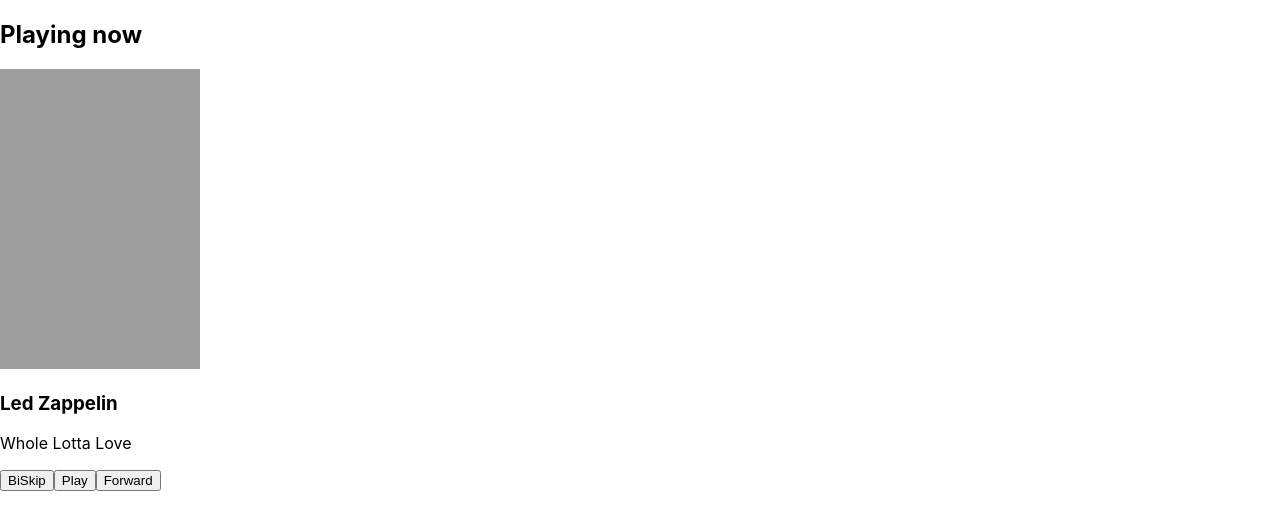
Repository: Sxcram02/playlist
Page: /
These files come from the project's save history. The page is drawn as it stood at one moment and after the next save; the edit follows.
The browser window is 1280 px wide. The pictures show the whole page.
Pictures or frames that could not be fetched are drawn as grey boxes. The project was rebuilt for these pictures with package versions that can differ from the ones it lists, and the page was loaded fresh each time. Also part of the build but not shown: src/App.css.

Above is the page before, as saved 2023-02-22 17:12:20.

After the next save:
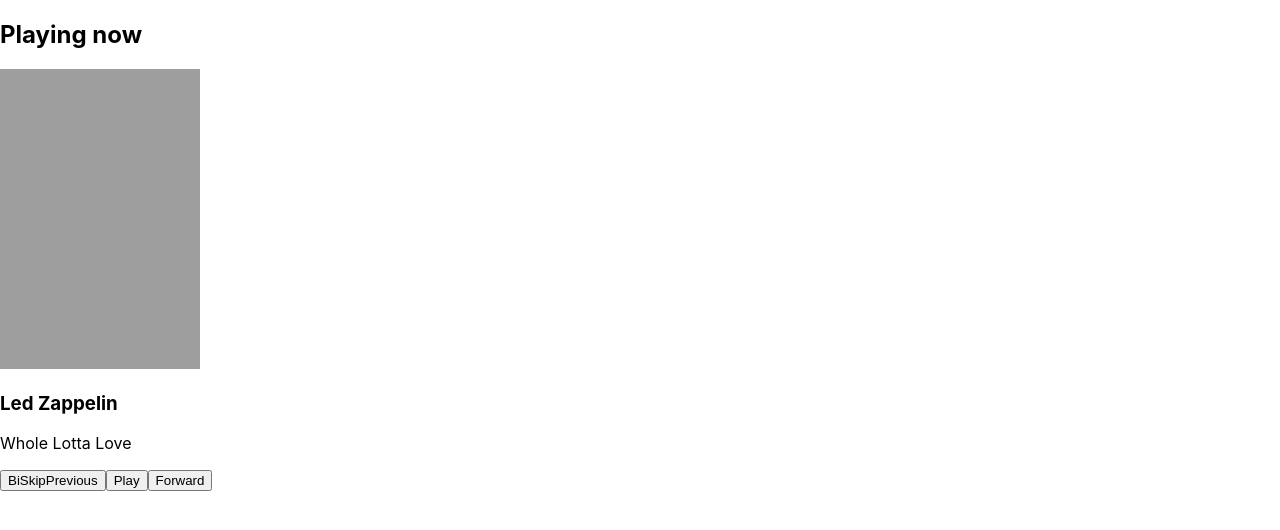
Saved 4 s later.
--- a/src/App.js
+++ b/src/App.js
@@ -17,7 +17,7 @@
       <div>
         <button className="playButton">
           <IconContext.Provider>
-            BiSkip
+            BiSkipPrevious
           </IconContext.Provider>
         </button>
         <button className="playButton">Play</button>
